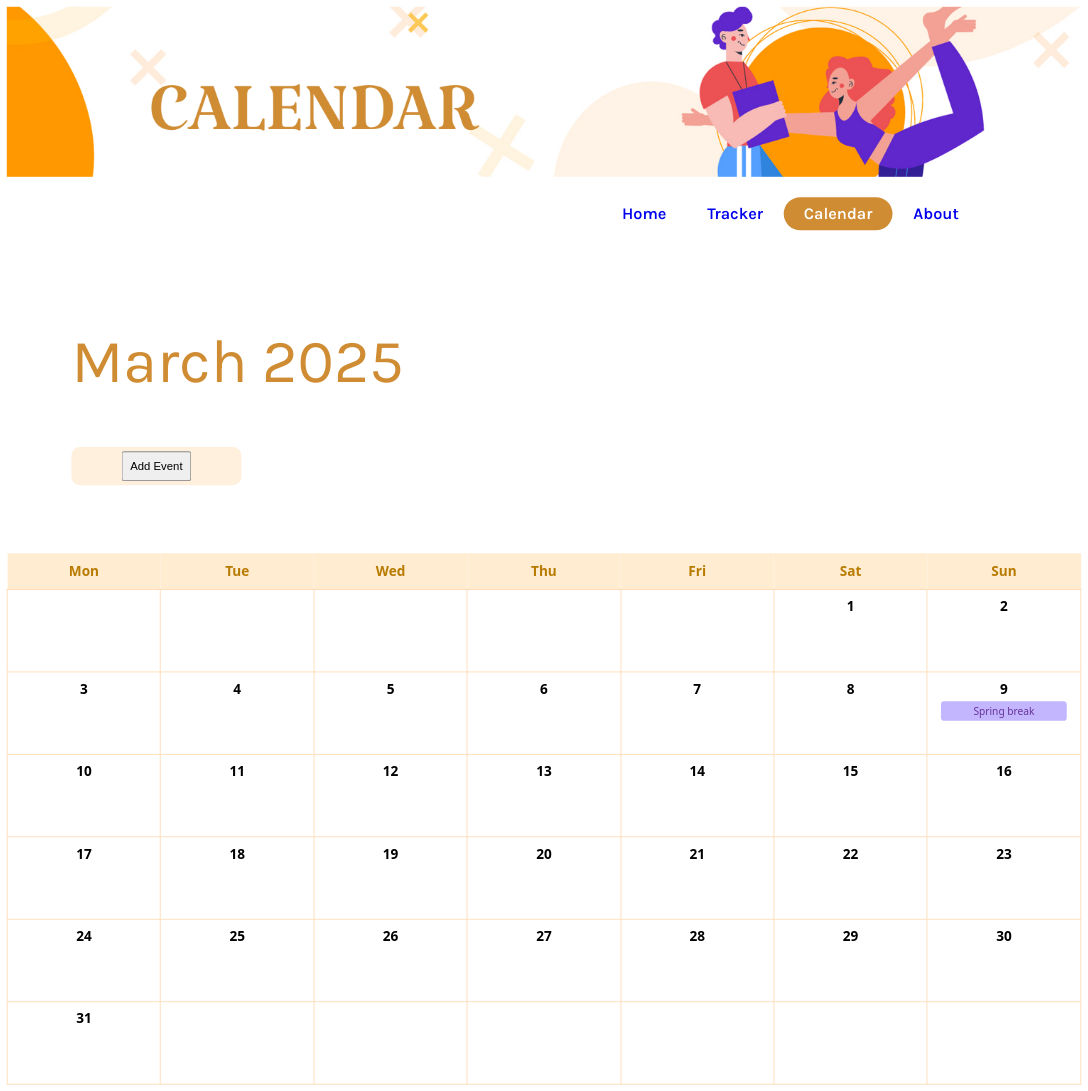
Repository: SandyLy453/habit-tracker
Page: http://localhost/calendar?month=1&year=2025
The author's editor kept a copy of each file at every save. The page is drawn from the files as they stood at one save, then again after the next save.
The browser window is 1280 px wide. The pictures show the whole page, at 85% of full size.
Some web fonts or font styles are not loaded; a fallback is used. The page is served by the project's Node server (server.js).

Above is the page before, as saved 2025-03-16 17:36:19.

### views/pages/calendar.ejs
<!DOCTYPE html>
<html lang="en">
<head>
  <meta charset="UTF-8">
  <meta name="viewport" content="width=device-width, initial-scale=1.0">
  <link rel="stylesheet" href="/styles.css">
  <link rel="preconnect" href="https://fonts.googleapis.com">
  <link rel="preconnect" href="https://fonts.gstatic.com" crossorigin>
  <link href="https://fonts.googleapis.com/css2?family=Katibeh&display=swap" rel="stylesheet">
</head>
<body>
  <%- include('../partials/header', { activePage: 'calendar' }) %>

  <div class="calendar-container">
    <div class="calendar-nav">
      <h2 id="month-year">
        <%= new Date(currentYear, currentMonth).toLocaleString('default', { month: 'long', year: 'numeric' }) %>
      </h2>
      <div class="calendar-add">
        <button id="add-event-btn">Add Event</button>
      </div>
    </div>
    </div>

    <table class="calendar-table">
      <thead>
        <tr>
          <th>Mon</th>
          <th>Tue</th>
          <th>Wed</th>
          <th>Thu</th>
          <th>Fri</th>
          <th>Sat</th>
          <th>Sun</th>
        </tr>
      </thead>
      <tbody>
        <%
          const firstDay = new Date(currentYear, currentMonth, 1);
          const firstDayIndex = (firstDay.getDay() + 6) % 7; // Adjust so week starts on Monday
          const daysInMonth = new Date(currentYear, currentMonth + 1, 0).getDate();
          let dateCount = 1;

          for (let i = 0; i < 6; i++) { %>
          <tr>
            <% for (let j = 0; j < 7; j++) { %>
              <% if ((i === 0 && j < firstDayIndex) || dateCount > daysInMonth) { %>
                <td></td>
              <% } else { %>
                <!-- Add data-date attribute so we know which day this cell represents -->
                <td class="calendar-day" data-date="<%= dateCount %>">
                  <span class="date-number"><%= dateCount %></span>
                  <% if (currentMonth === 2 && dateCount === 9) { %>
                    <div class="event">Spring break</div>
                  <% } %>
                </td>
                <% dateCount++; %>
              <% } %>
            <% } %>
          </tr>
        <% } %>
      </tbody>
    </table>

  <!-- Client-side script for adding events -->
  <script>
    document.getElementById('add-event-btn').addEventListener('click', function() {
      // Prompt for the day number for the event
      let day = prompt("Enter the day number for the event:");
      if (!day) return;
      day = parseInt(day, 10);
      if (isNaN(day)) {
        alert("Invalid day number!");
        return;
      }

      // Prompt for the event description
      let eventText = prompt("Enter event description:");
      if (!eventText) return;

      // Find the calendar cell with the matching data-date attribute
      let cells = document.querySelectorAll('.calendar-day[data-date]');
      let cellFound = false;
      cells.forEach(cell => {
        if (parseInt(cell.getAttribute('data-date'), 10) === day) {
          cellFound = true;
          // Create a new event div
          const eventDiv = document.createElement('div');
          eventDiv.className = 'event';
          eventDiv.textContent = eventText;
          cell.appendChild(eventDiv);
        }
      });

      if (!cellFound) {
        alert("No cell found for day " + day);
      }
    });
  </script>
</body>
</html>

### views/partials/header.ejs
<!DOCTYPE html>
<html lang="en">
<head>
    <meta charset="UTF-8">
    <meta name="viewport" content="width=device-width, initial-scale=1.0">
    <title>
        <%= typeof title != 'undefined' ? title : 'Page Title' %>
    </title>
    <link rel="stylesheet" href="/styles.css">
    <link rel="preconnect" href="https://fonts.googleapis.com">
    <link rel="preconnect" href="https://fonts.gstatic.com" crossorigin>
    <link href="https://fonts.googleapis.com/css2?family=Karla:ital,wght@0,200..800;1,200..800&family=Roboto:ital,wght@0,100..900;1,100..900&display=swap" rel="stylesheet">
</head>
<body>
    <header>
        <div class="header_container">
            <img src="<%= activePage === 'home' ? '/images/home_banner.png' : activePage === 'tracker' ? '/images/tracker_banner.png' : activePage === 'calendar' ? '/images/calendar_banner.png' : '/images/about_banner.png' %>" alt="Banner Images"/>
            <ul class="header">
                <li><a href="/" class="header_items <%= activePage === 'home' ? 'highlight' : '' %>">Home</a></li>
                <li><a href="/tracker" class="header_items <%= activePage === 'tracker' ? 'highlight' : '' %>">Tracker</a></li>
                <li><a href="/calendar" class="header_items <%= activePage === 'calendar' ? 'highlight' : '' %>">Calendar</a></li>
                <li><a href="/about" class="header_items <%= activePage === 'about' ? 'highlight' : '' %>">About</a></li>
              </ul>
        </div>
    </header>
</body>
</html>

### server.js
import pg from 'pg';
import express from 'express';
import bodyParser from 'body-parser';
import dotenv from 'dotenv';
import path from 'path';
import { fileURLToPath } from 'url';

const __filename = fileURLToPath(import.meta.url);
const __dirname = path.dirname(__filename);

dotenv.config();

// Database setup
const db = new pg.Client({
  user: process.env.DB_USER,
  host: process.env.DB_HOST,
  database: process.env.DB_DATABASE,
  password: process.env.DB_PASSWORD,
  port: process.env.DB_PORT,
});

db.connect()
  .then(() => {
    console.log('Connected to the database');
  })
  .catch(err => {
    console.error('Database connection error:', err.stack);
});

const app = express();
const port = 3000;

app.set('views', path.join(__dirname, 'views'));

// Middleware
app.use(bodyParser.urlencoded({ extended: true }));
app.use(express.static('public'));  // Serve static files from the public folder
app.set('view engine', 'ejs');

// Routes
app.get('/', (req, res) => {
  res.render('pages/home', {
    title: "Personal Habit Tracker",
    activePage: 'home',
    paragraph: "Track your progress today for better habits."
  });
});

app.get('/tracker', (req, res) => {
  res.render('pages/tracker', {
    title: "My Habits Tracker",
    activePage: 'tracker',
    paragraph: " "
  });
});

app.get('/calendar', (req, res) => {
  const currentDate = new Date();
  res.render('pages/calendar', {
    title: "Calendar",
    activePage: 'calendar',
    currentMonth: currentDate.getMonth(),
    currentYear: currentDate.getFullYear(),
  });
});

app.get('/about', (req, res) => {
  res.render('pages/about', {
    title: "About",
    activePage: 'about',
  });
});

app.listen(port, () => {
  console.log(`App listening at port ${port}`);
});

### public/styles.css
:root {
    --header-font: "Karla", sans-serif;
    --heading-font: "Lora", serif;

    --font-styles-bold: 600;
    --font-styles-regular: 400;
    --header-large: 1.2rem;
    --page-heading: 2.5rem;
    --page-details: 1.1rem;

    --card-status-inProgress: #CF8C33;
    --card-paragraph: #4A4A4A;
    --card-status-done: #03a903;

    --schedules-reading: #FFCF90;
    --schedules-running: #B2ABEA;
    --schedules-drawing: #E0F1FF;
    --schedules-meditation: #FFDDE9;
    --event-backgroundColor: #FFF7EC;

    --numDays: 5;
    --numHours: 10;
    --timeHeight: 60px;
}

body {
    font-family: Arial, sans-serif;
    text-align: center;
}

input, button {
    margin: 5px;
    padding: 8px;
}

/* Header */
.header_container img {
    margin: 0;
    padding: 0;
    display: block;
    width: 100%;
    height: 100%;
    object-fit: cover;
}

.header {
    display: flex;
    flex-direction: row;
    justify-content:flex-end;
    list-style: none;
    margin: 2rem 120px;
    font-family: var(--header-font);
    font-weight: var(--font-styles-bold);
    font-size: var(--header-large);
}

.header_items {
    text-decoration: none;
    padding: .5rem 1.5rem;
    border-radius: 20px;
}

.header_items.highlight {
    color: white;
    background-color: var(--card-status-inProgress);
}

/* Home Page */
.heading_section {
    text-align: left;
    margin: 6rem 120px 4rem 120px;
}

.heading_section h1 {
    font-family: var(--heading-font);
    font-weight: var(--font-styles-regular);
    font-size: var(--page-heading);
    margin-bottom: 0;
}

.heading_section p {
    font-size: var(--page-details);
    margin-top: .5rem;
    font-style: italic;
}

.main_content {
    display: flex;
    flex-direction: row;
    margin: 0 120px 7rem 120px;
    gap: 2rem;
    text-align: left;
    align-items: flex-start;
}

/* Home Page Cards */

.cards_section {
    width: 50%;
    display: flex;
    flex-direction: column;
    justify-content: flex-start;
    padding: 0;
}

.cards_section h2,
.schedules_section h2 {
    font-family: var(--heading-font);
}

.cards {
    display: flex;
    flex-direction: row;
    flex-wrap: wrap;
    gap: 20px;
}

.card {
    position: relative;
    background-color: white;
    border-radius: 8px;
    border: 2px solid #D8D8D8;
    padding: 15px;
    width: 240px;
    height: 180px;
    text-align: left;
    overflow: hidden;
}

.card img {
    width: 100%;
    height: 100px;
    object-fit: cover;
    position: absolute;
    overflow: hidden;
    top: 0;
    left: 0;
    right: 0;
}

.habit {
    position: relative;
    display: flex;
    flex-direction: row;
    margin-bottom: 15px;
    justify-content: space-between;
    top: 6.5rem;
}

.habit h3 {
    margin: 0;
    font-size: 16px;
}

.habit p {
    margin: 5px 0;
    font-size: 14px;
    color: var(--card-paragraph);
}

.status {
    font-weight: bold;
}

.status.in-progress {
    color: var(--card-status-inProgress);
}

.status.done {
    color: var(--card-status-done);
}

/* Calendar */

.schedules_section {
    width: 50%;
    display: flex;
    flex-direction: column;
}

.calendar {
    display: grid;
    gap: 10px;
    grid-template-columns: auto 1fr;
}

.timeline {
    display: grid;
    grid-template-rows: repeat(var(--numHours), var(--timeHeight));
}

.days {
    display: grid;
    grid-column: 2;
    gap: 5px;
    grid-template-columns: repeat(auto-fit, minmax(100px, 1fr));
}

.events {
    display: grid;
    grid-template-rows: repeat(var(--numHours), var(--timeHeight));
    border-radius: 5px;
    background: var(--event-backgroundColor);
}

.start-10 {
    grid-row-start: 2;
}

.start-12 {
    grid-row-start: 3;
}

.start-1 {
    grid-row-start: 5;
}

.start-2 {
    grid-row-start: 6;
}

.end-12 {
    grid-row-end: 4;
}

.end-1 {
    grid-row-end: 5;
}

.end-3 {
    grid-row-end: 7;
}

.end-4 {
    grid-row-end: 8;
}

.end-5 {
    grid-row-end: 9;
}

.title {
    font-weight: 600;
    margin-bottom: 0.1rem;
}

.event {
    border: 1px solid var(--eventBorderColor);
    border-radius: 5px;
    padding: 0.5rem;
    margin: 0 0.5rem;
    background: white;
}

.events p {
    font-size: 14px;
}

.space,
.date {
    height: 60px
}

body {
    font-family: system-ui, sans-serif;
}

.running {
    background: var(--schedules-running);
}

.drawing {
    background: var(--schedules-drawing);
}

.meditation {
    background: var(--schedules-meditation);
}

.reading {
    background: var(--schedules-reading);
}

.date {
    display: flex;
    gap: 1em;
}

.date-day {
    display: inline;
    font-size: var(--page-details);
}

.calendar-container {
    font-family: Arial, sans-serif;
    margin: 40px auto;
    max-width: 90vw;
    padding: 20px;
}

.calendar-header {
    background-color: #ffe5b4;
    padding: 20px;
    border-radius: 12px 12px 0 0;
    text-align: center;
    color: #c17a00;
}

.calendar-nav {
    text-align: center;
    margin: 20px;
}

.calendar-table {
    width: 100%;
    border-collapse: collapse;
    border-radius: 30px;
}

.calendar-table th {
    background-color: #ffecd1;
    color: #b87b00;
    padding: 10px;
}

.calendar-table td {
    border: 1px solid #ffdab3;
    width: calc(90vw/7);
    height: 80px;
    vertical-align: top;
    padding: 8px;
}

.date-number {
    font-weight: bold;
    text-align: right;
    width: 100%;
}

.event {
    background-color: #c4b5ff;
    color: #663399;
    font-size: 0.75rem;
    padding: 3px 6px;
    border-radius: 4px;
    margin-top: 4px;
}

#month-year {
    color: #CF8C33;
    font-family: var(--header-font);
    font-size: 72px;
    font-weight: 400;
    text-align: left;
}

.calendar-add {
    border-radius: 10px;
    background: rgba(255, 207, 144, 0.31);
    width: 200px;
    height: ;
}

After the next save:
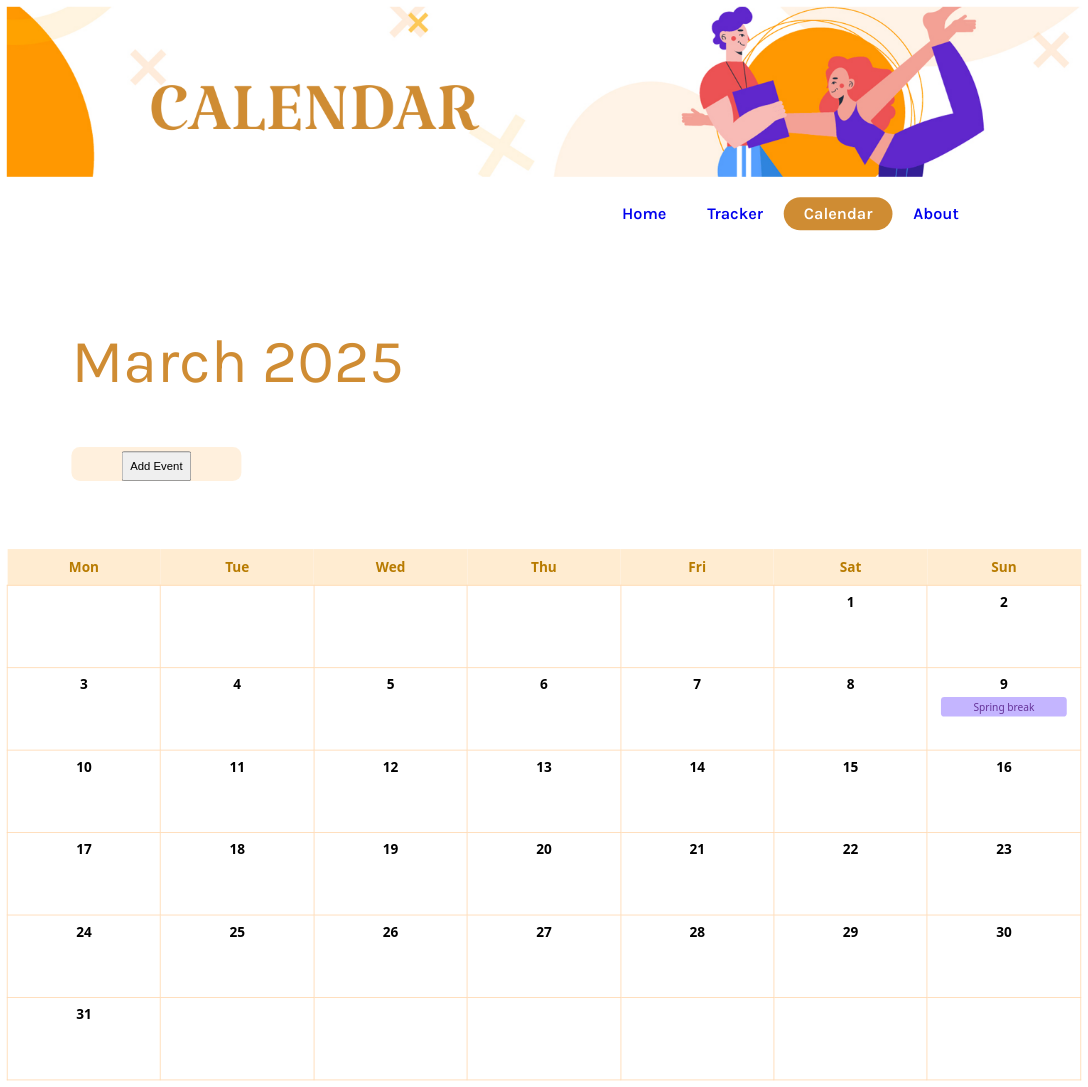
Saved 5 s later.
--- a/public/styles.css
+++ b/public/styles.css
@@ -358,5 +358,5 @@ body {
     border-radius: 10px;
     background: rgba(255, 207, 144, 0.31);
     width: 200px;
-    height: ;
-}
+    height: 40px;
+}
